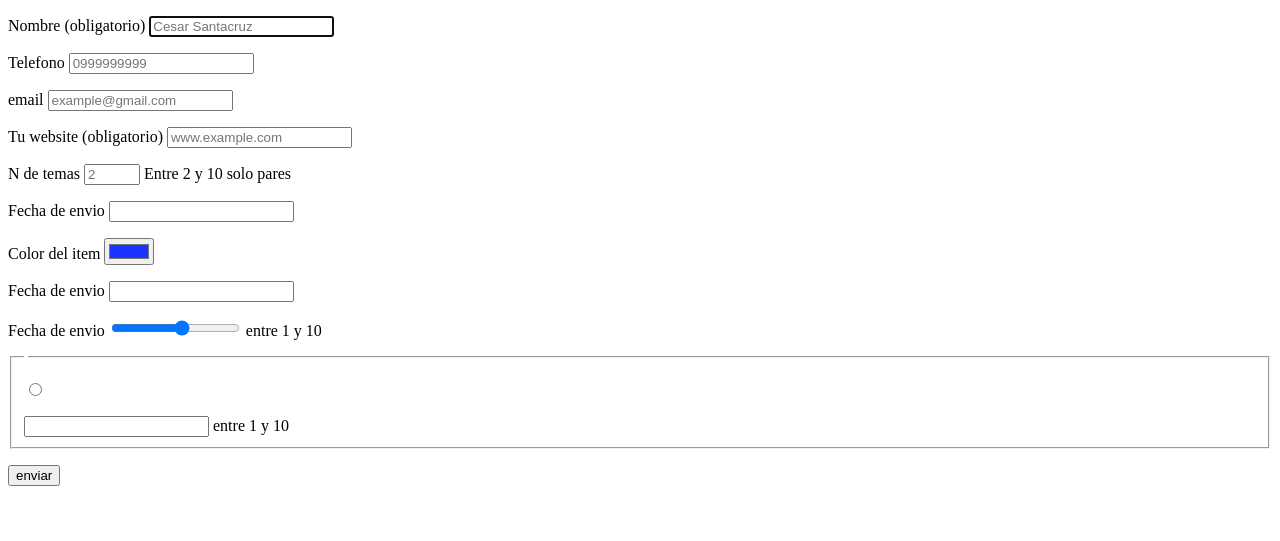
Repository: cesarsant0203/My_Study
Page: Introducción al desarrollo web/formulario.html
These files come from the project's save history. The page is drawn as it stood at one moment and after the next save; the edit follows.
The browser window is 1280 px wide. The pictures show the whole page.

Above is the page before, as saved 2020-04-27 19:49:33.

### Introducción al desarrollo web/formulario.html
<!DOCTYPE html>
<html lang="es">

<head>
    <meta charset="utf-8" />
    <title>
        Prueba de formulario
    </title>
</head>

<body>
    <form id="form-order">

        <p>
            <label for="name"> Nombre (obligatorio)</label>
            <input type="text" name="name" id="name"
            placeholder="Cesar Santacruz"
            autofocus
            autocomplete
            required>
        </p>
        <!--<p>
            <label for="passwd"> Contrasenia (obligatorio)</label>
            <input type="password" name="passwd" id="passwd"
            placeholder="qazwsx1234"
            pattern=" [a-z] {4} [0-9] {2}" required/>
        </p>-->
        <p>
            <label for="phone">Telefono</label>
            <input type="tel" name="phone" id="phone"
            placeholder="0999999999">
        </p>
        <p>
            <label for="email">email</label>
            <input type="email" name="email" id="email"
            placeholder="example@gmail.com">
        </p>
        <p>
            <label for="website"> Tu website (obligatorio)</label>
            <input type="url" name="website" id="website"
            placeholder="www.example.com"
            required>
        </p>
        <p>
            <label for="numberexample"> N de temas </label>
            <input type="number" name="numberexample" id="numberexample"
            placeholder="2"
            min="2" max="10" step="2">
            Entre 2 y 10 solo pares
        </p>
        <p>
            <label for="deliverydate"> Fecha de envio</label>
            <input type="text" name="deliverydate" id="deliverydate" min="2000-08-27">
        </p>
        <p>
            <label for="colorexample"> Color del item</label>
            <input type="color" name="colorexample" id="colorexample" value="#1A33FF">
        </p>
        <p>
            <label for="search"> Fecha de envio</label>
            <input type="search" name="search" id="search">
        </p>
        <p>
            <label for="points"> Fecha de envio</label>
            <input type="range" name="points" id="points" min="1" max="10"> entre 1 y 10
        </p>
        <p>
        <fieldset>
            <legend> </legend>
                <p><label>
                    <input type="radio" name="points" id="points"  </label></p>
                <input > entre 1 y 10

        </fieldset>
        </p>
        <input type="submit" value="enviar">

    </form>
</body>

</html>

After the next save:
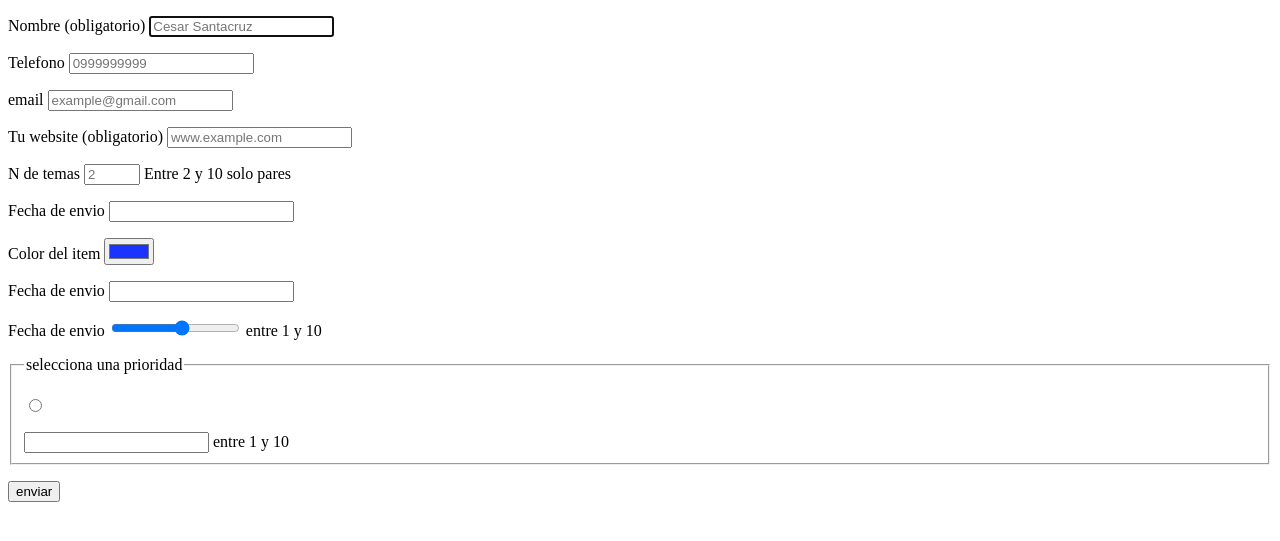
Saved 12 s later.
--- a/Introducción al desarrollo web/formulario.html
+++ b/Introducción al desarrollo web/formulario.html
@@ -66,7 +66,7 @@
         </p>
         <p>
         <fieldset>
-            <legend> </legend>
+            <legend> selecciona una prioridad</legend>
                 <p><label>
                     <input type="radio" name="points" id="points"  </label></p>
                 <input > entre 1 y 10
